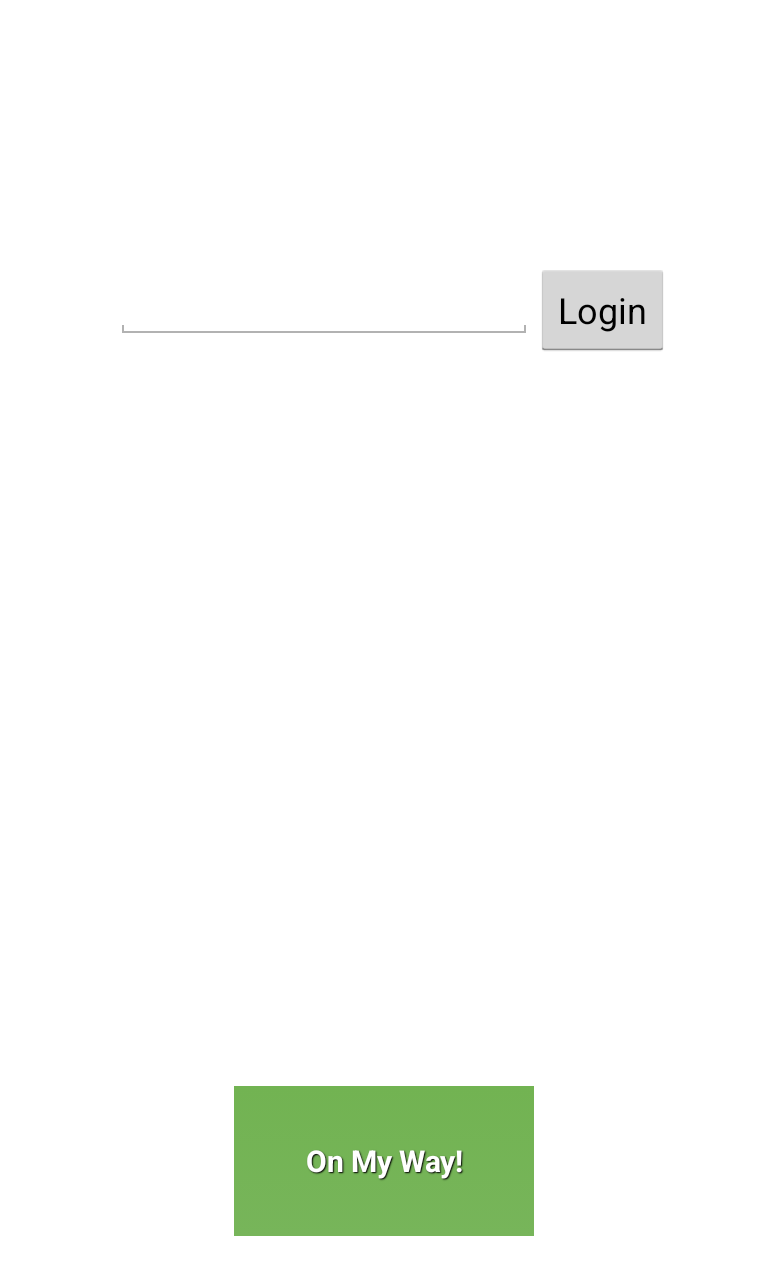
Repository: kenzshi/ViaSatHackathon
Layout: OnMyWay/res/layout/activity_main.xml
An editor plug-in stored every save of this project. The layout is shown before and after the next save, followed by the edit.
It is drawn on a 768 x 1280 px phone screen (xhdpi) without system bars, with theme AppTheme; the app's code is not run.

Above is the layout before, as saved 2013-07-25 03:05:03.

### OnMyWay/res/layout/activity_main.xml
<RelativeLayout xmlns:android="http://schemas.android.com/apk/res/android"
    xmlns:tools="http://schemas.android.com/tools"
    android:layout_width="match_parent"
    android:layout_height="match_parent"
    android:orientation="horizontal" >

    <Button
        android:id="@+id/button1"
        style="@style/btn"
        android:layout_width="150dp"
        android:layout_height="75dp"
        android:layout_alignParentBottom="true"
        android:layout_centerHorizontal="true"
        android:layout_marginBottom="22dp"
        android:onClick="sendMessage"
        android:text="@string/button_send" />

    <EditText
        android:id="@+id/editText2"
        android:layout_width="wrap_content"
        android:layout_height="wrap_content"
        android:layout_alignParentTop="true"
        android:layout_alignRight="@+id/button1"
        android:layout_marginTop="131dp"
        android:ems="10"
        android:inputType="textPersonName" />

    <Button
        android:id="@+id/button2"
        android:layout_width="wrap_content"
        android:layout_height="wrap_content"
        android:layout_alignTop="@+id/editText2"
        android:layout_toRightOf="@+id/editText2"
        android:text="@string/login" />

</RelativeLayout>

### OnMyWay/res/values/styles.xml
<resources>

    <!--
        Base application theme, dependent on API level. This theme is replaced
        by AppBaseTheme from res/values-vXX/styles.xml on newer devices.
    -->
    <style name="AppBaseTheme" parent="android:Theme.Light">
        <!--
            Theme customizations available in newer API levels can go in
            res/values-vXX/styles.xml, while customizations related to
            backward-compatibility can go here.
        -->
    </style>

    <!-- Application theme. -->
    <style name="AppTheme" parent="AppBaseTheme">
        <!-- All customizations that are NOT specific to a particular API-level can go here. -->
    </style>

    <style name="styleName" parent="android:Widget.Holo.Light.Button">
        <item name="android:layout_marginBottom">20dp</item>
    </style>

    <style name="btn" parent="@android:style/Widget.Button">
       <item name="android:textSize">15sp</item>
       <item name="android:textStyle">bold</item>
       <item name="android:textColor">#FFFFFF</item>
       <item name="android:gravity">center</item>
       <item name="android:shadowColor">#000000</item>
       <item name="android:shadowDx">1</item>
       <item name="android:shadowDy">1</item>
       <item name="android:shadowRadius">0.6</item>
       <item name="android:background">@drawable/custom_button</item>
       <item name="android:padding">10dip</item>
   </style>
</resources>

### OnMyWay/res/values/strings.xml
<?xml version="1.0" encoding="utf-8"?>
<resources>

    <string name="app_name">On My Way</string>
    <string name="action_settings">Settings</string>
    <string name="hello_world">Hello world!</string>
    <string name="edit_message">Enter a message</string>
    <string name="button_send">On My Way!</string>
    <string name="login">Login</string>
    <string name="title_activity_main">GPS Coordinates</string>
    <string name="title_activity_display_message">MainActivity</string>

</resources>

### OnMyWay/res/drawable-hdpi/custom_button.xml
<?xml version="1.0" encoding="utf-8"?>
<selector xmlns:android="http://schemas.android.com/apk/res/android" >
     <item android:state_pressed="true" >
         <shape android:shape="rectangle"  >
             <gradient  android:angle="-90"  android:startColor="#77b55a" android:endColor="#72b352"  />
         </shape>
     </item>
    <item android:state_focused="true">
         <shape android:shape="rectangle"  >
             <solid  android:color="#77b55a"/>
         </shape>
     </item>
    <item >
        <shape android:shape="rectangle">
             <gradient  android:angle="-90"  android:startColor="#72b352" android:endColor="#77b55a" />
         </shape>
     </item>
</selector>

### OnMyWay/res/drawable-ldpi/custom_button.xml
<?xml version="1.0" encoding="utf-8"?>
<selector xmlns:android="http://schemas.android.com/apk/res/android" >
     <item android:state_pressed="true" >
         <shape android:shape="rectangle"  >
             <gradient  android:angle="-90"  android:startColor="#77b55a" android:endColor="#72b352"  />
         </shape>
     </item>
    <item android:state_focused="true">
         <shape android:shape="rectangle"  >
             <solid  android:color="#77b55a"/>
         </shape>
     </item>
    <item >
        <shape android:shape="rectangle">
             <gradient  android:angle="-90"  android:startColor="#72b352" android:endColor="#77b55a" />
         </shape>
     </item>
</selector>

### OnMyWay/res/drawable-mdpi/custom_button.xml
<?xml version="1.0" encoding="utf-8"?>
<selector xmlns:android="http://schemas.android.com/apk/res/android" >
     <item android:state_pressed="true" >
         <shape android:shape="rectangle"  >
             <gradient  android:angle="-90"  android:startColor="#77b55a" android:endColor="#72b352"  />
         </shape>
     </item>
    <item android:state_focused="true">
         <shape android:shape="rectangle"  >
             <solid  android:color="#77b55a"/>
         </shape>
     </item>
    <item >
        <shape android:shape="rectangle">
             <gradient  android:angle="-90"  android:startColor="#72b352" android:endColor="#77b55a" />
         </shape>
     </item>
</selector>

### OnMyWay/res/drawable-xhdpi/custom_button.xml
<?xml version="1.0" encoding="utf-8"?>
<selector xmlns:android="http://schemas.android.com/apk/res/android" >
     <item android:state_pressed="true" >
         <shape android:shape="rectangle"  >
             <gradient  android:angle="-90"  android:startColor="#77b55a" android:endColor="#72b352"  />
         </shape>
     </item>
    <item android:state_focused="true">
         <shape android:shape="rectangle"  >
             <solid  android:color="#77b55a"/>
         </shape>
     </item>
    <item >
        <shape android:shape="rectangle">
             <gradient  android:angle="-90"  android:startColor="#72b352" android:endColor="#77b55a" />
         </shape>
     </item>
</selector>

### OnMyWay/res/drawable-xxhdpi/custom_button.xml
<?xml version="1.0" encoding="utf-8"?>
<selector xmlns:android="http://schemas.android.com/apk/res/android" >
     <item android:state_pressed="true" >
         <shape android:shape="rectangle"  >
             <gradient  android:angle="-90"  android:startColor="#77b55a" android:endColor="#72b352"  />
         </shape>
     </item>
    <item android:state_focused="true">
         <shape android:shape="rectangle"  >
             <solid  android:color="#77b55a"/>
         </shape>
     </item>
    <item >
        <shape android:shape="rectangle">
             <gradient  android:angle="-90"  android:startColor="#72b352" android:endColor="#77b55a" />
         </shape>
     </item>
</selector>

Loaded but not shown: OnMyWay/res/values-v11/styles.xml (common file); OnMyWay/res/values-v14/styles.xml (common file)

After the next save:
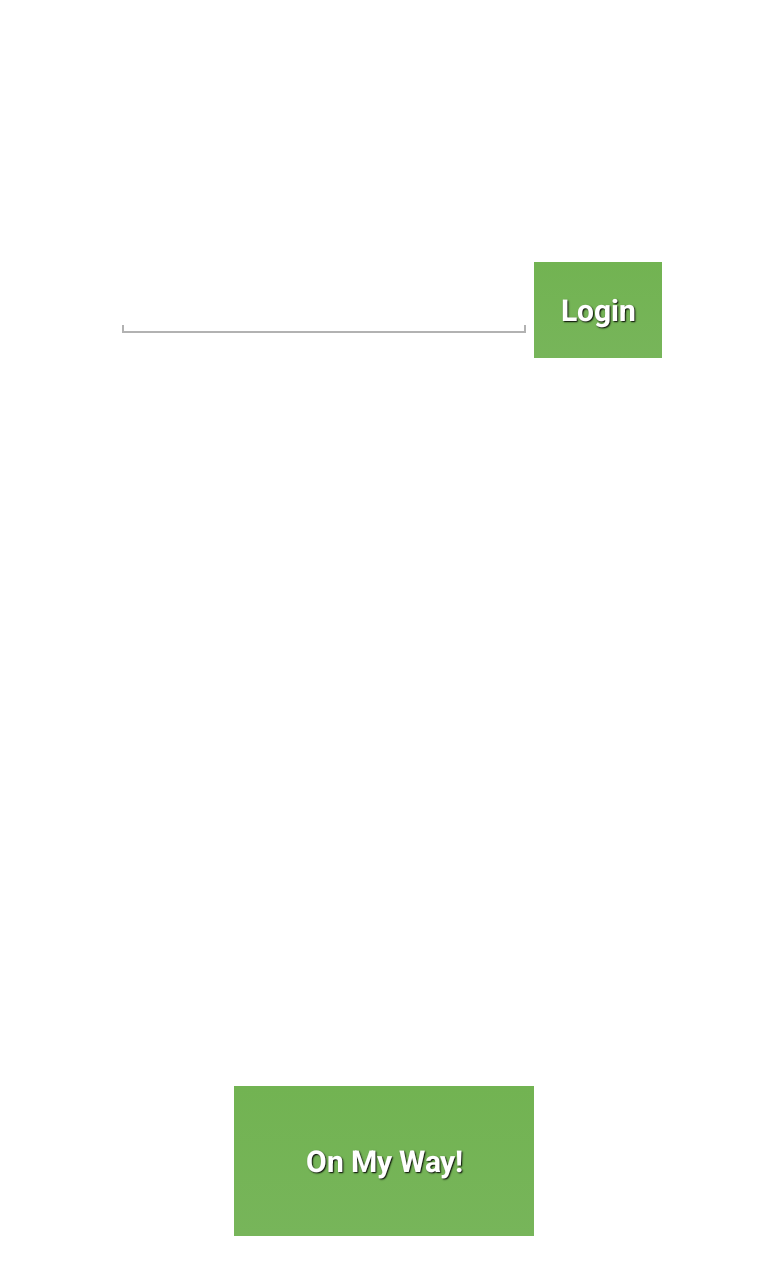
Saved 23 s later.
--- a/OnMyWay/res/layout/activity_main.xml
+++ b/OnMyWay/res/layout/activity_main.xml
@@ -27,6 +27,7 @@
 
     <Button
         android:id="@+id/button2"
+        style="@style/btn"
         android:layout_width="wrap_content"
         android:layout_height="wrap_content"
         android:layout_alignTop="@+id/editText2"
